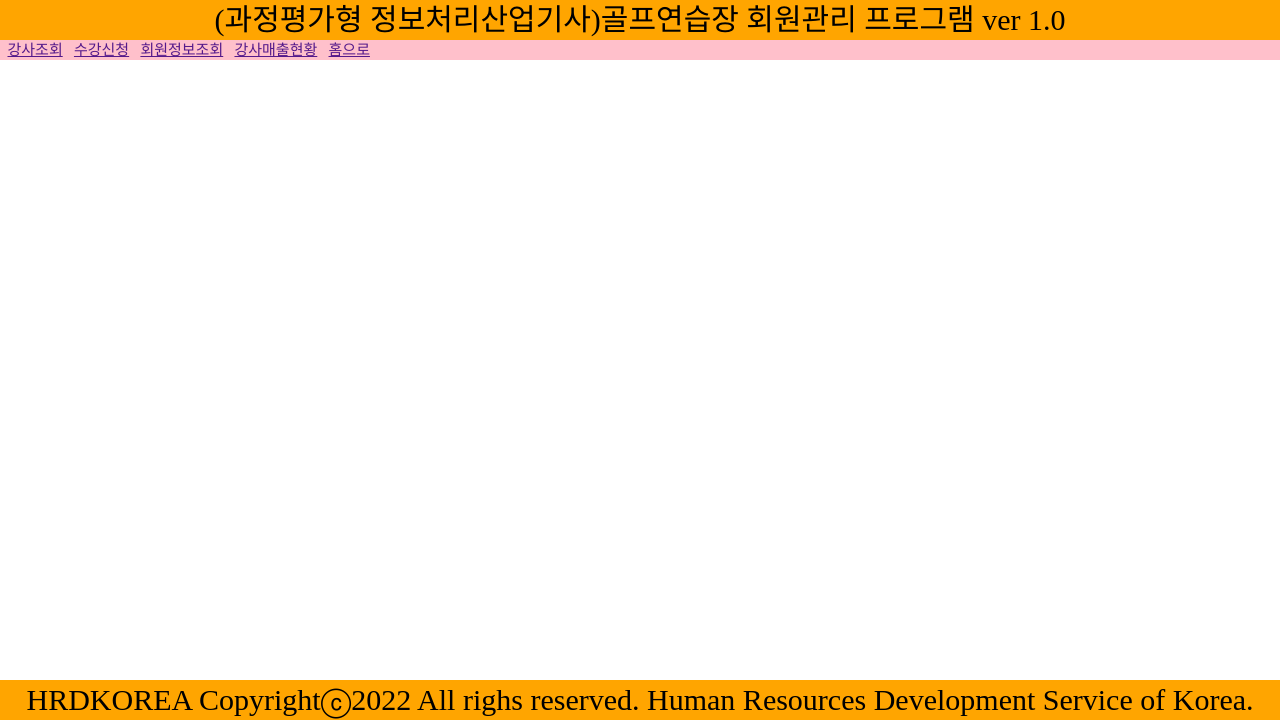
Repository: YeoJeongmo/hrdKorea
Page: http://localhost/HRD_1/
The author's editor kept a copy of each file at every save. The page is drawn from the files as they stood at one save, then again after the next save.
The browser window is 1280 px wide. The pictures show the whole page.
The page is served by Tomcat 9. Other server files are loaded and not shown.

Above is the page before, as saved 2024-09-04 11:23:49.

### cbq_05/workspace/HRD_1/src/main/webapp/index.jsp
<%@ page language="java" contentType="text/html; charset=UTF-8"
    pageEncoding="UTF-8"%>
<!DOCTYPE html>
<html>
<head>
<meta charset="UTF-8">
<title>Insert title here</title>
</head>
<body>
<jsp:include page="header.jsp"></jsp:include>

<jsp:include page="footer.jsp"></jsp:include>
</body>
</html>

### cbq_05/workspace/HRD_1/src/main/webapp/header.jsp
<%@ page language="java" contentType="text/html; charset=UTF-8"
    pageEncoding="UTF-8"%>
<!DOCTYPE html>
<html>
<head>
<meta charset="UTF-8">
<title>Insert title here</title>
</head>
<body>
<header style="position: fixed; top: 0; left: 0; line-height: 40px; width: 100%; height: 40px; font-size: 30px; text-align: center; background-color: orange; color: black;">(과정평가형 정보처리산업기사)골프연습장 회원관리 프로그램 ver 1.0</header>
<nav  style="position: fixed; top: 40px; left: 0; line-height: 20px; width: 100%; height: 20px; font-size: 15px; background-color: pink; color: black;">
&nbsp;&nbsp;<a href="">강사조회</a>
&nbsp;&nbsp;<a href="">수강신청</a>
&nbsp;&nbsp;<a href="">회원정보조회</a>
&nbsp;&nbsp;<a href="">강사매출현황</a>
&nbsp;&nbsp;<a href="">홈으로</a>
</nav>
</body>
</html>

### cbq_05/workspace/HRD_1/src/main/webapp/footer.jsp
<%@ page language="java" contentType="text/html; charset=UTF-8"
    pageEncoding="UTF-8"%>
<!DOCTYPE html>
<html>
<head>
<meta charset="UTF-8">
<title>Insert title here</title>
</head>
<body>
<footer style="position: fixed; bottom: 0; left: 0; line-height: 40px; width: 100%; height: 40px; font-size: 30px; text-align: center; background-color: orange; color: black;">HRDKOREA Copyrightⓒ2022 All righs reserved. Human Resources Development Service of Korea.</footer>
</body>
</html>

After the next save:
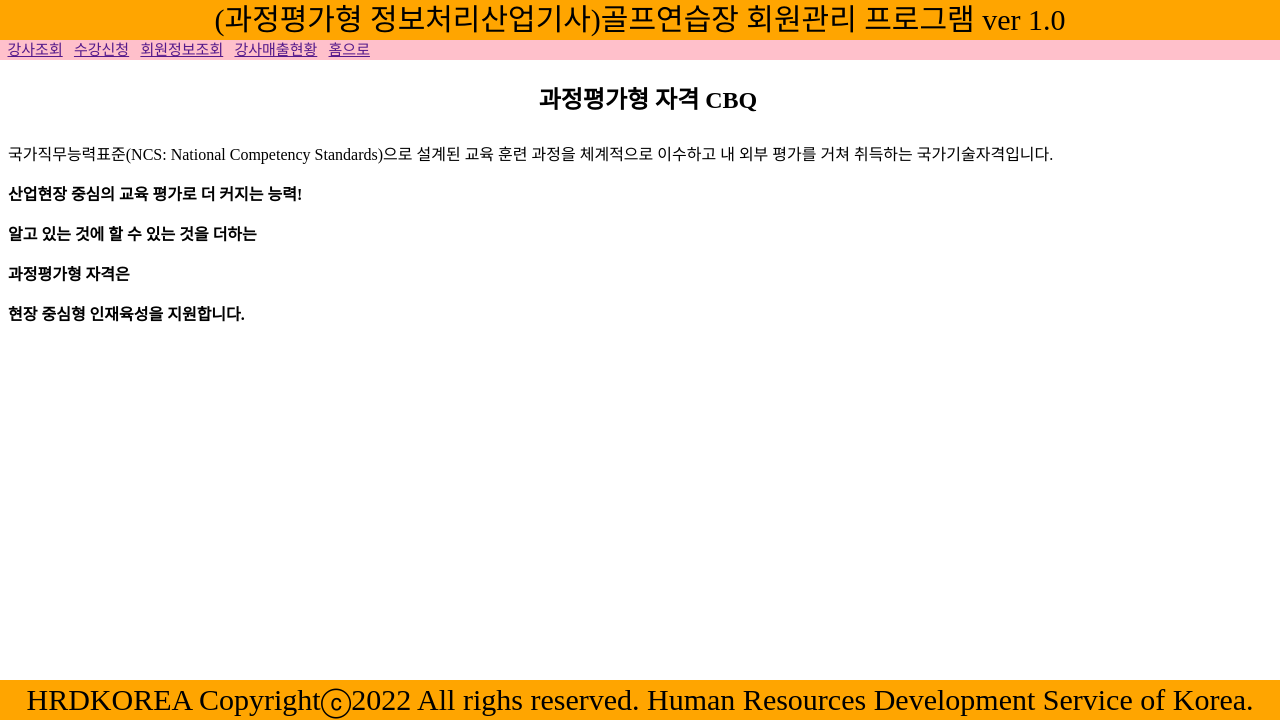
Saved 2 min 46 s later.
--- a/cbq_05/workspace/HRD_1/src/main/webapp/index.jsp
+++ b/cbq_05/workspace/HRD_1/src/main/webapp/index.jsp
@@ -8,7 +8,16 @@
 </head>
 <body>
 <jsp:include page="header.jsp"></jsp:include>
-
+<section style="position: fixed; top: 60px; width: 100%;">
+	<h2 style="text-align: center;">과정평가형 자격 CBQ</h2>
+	<p style="line-height: 40px;">
+		국가직무능력표준(NCS: National Competency Standards)으로 설계된 교육 훈련 과정을 체계적으로 이수하고 내 외부 평가를 거쳐 취득하는 국가기술자격입니다.<br>
+		<b>산업현장 중심의 교육 평가로 더 커지는 능력!<br>
+		알고 있는 것에 할 수 있는 것을 더하는<br>
+		과정평가형 자격은<br>
+		현장 중심형 인재육성을 지원합니다.</b>
+	</p>
+</section>
 <jsp:include page="footer.jsp"></jsp:include>
 </body>
 </html>
